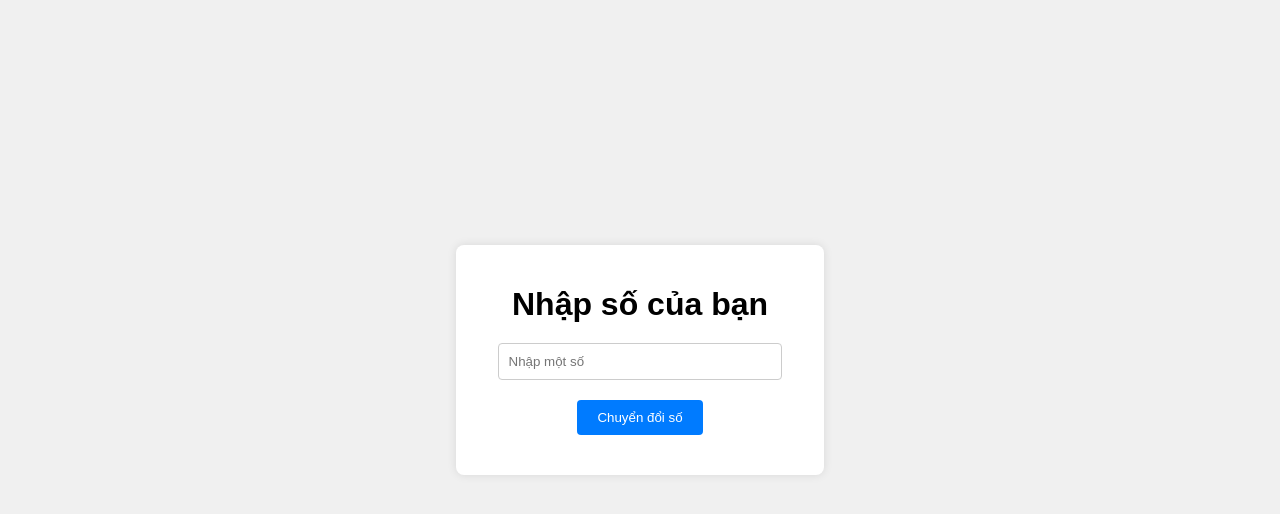
Repository: hieuche123/celiominigame
Page: index.html
These files come from the project's save history. The page is drawn as it stood at one moment and after the next save; the edit follows.
The browser window is 1280 px wide. The pictures show the whole page.

Above is the page before, as saved 2024-06-03 20:46:13.

After the next save:
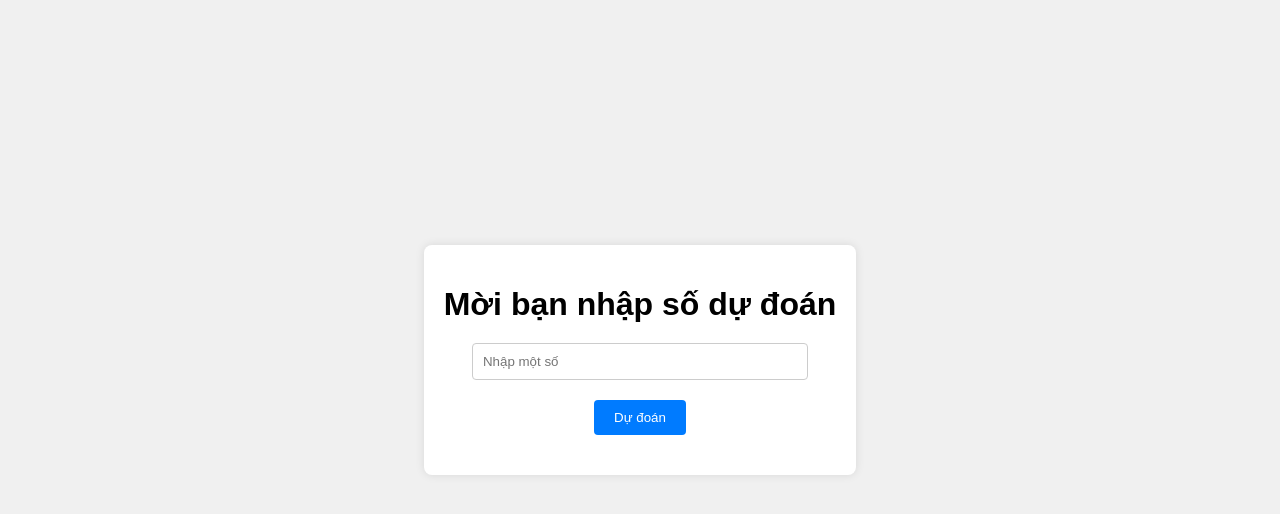
Saved 62 s later.
--- a/index.html
+++ b/index.html
@@ -8,9 +8,9 @@
   </head>
   <body>
     <div class="container">
-      <h1>Nhập số của bạn</h1>
+      <h1>Mời bạn nhập số dự đoán</h1>
       <input type="number" id="userNumber" placeholder="Nhập một số" />
-      <button onclick="transformNumber()">Chuyển đổi số</button>
+      <button onclick="transformNumber()">Dự đoán</button>
       <p id="result"></p>
     </div>
     <script src="script.js"></script>
